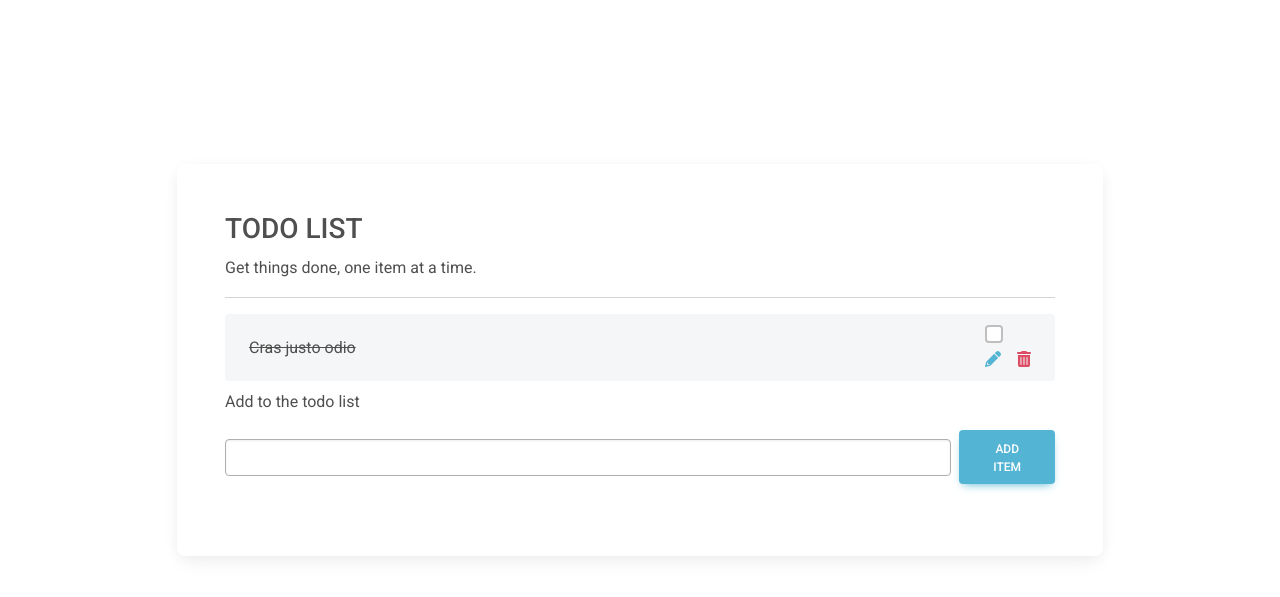
Repository: TinhTT336/MD02_HACKATHON01_HN_JV230620_BS_TranThiTinh_Basic
Page: /
These files come from the project's save history. The page is drawn as it stood at one moment and after the next save; the edit follows.
The browser window is 1280 px wide. The pictures show the whole page.
Some web libraries are served in a nearby version. The project was rebuilt for these pictures with package versions that can differ from the ones it lists, and the page was loaded fresh each time. Also part of the build but not shown: vite.config.js, src/App.css, src/index.css.

Above is the page before, as saved 2023-09-05 10:36:16.

After the next save:
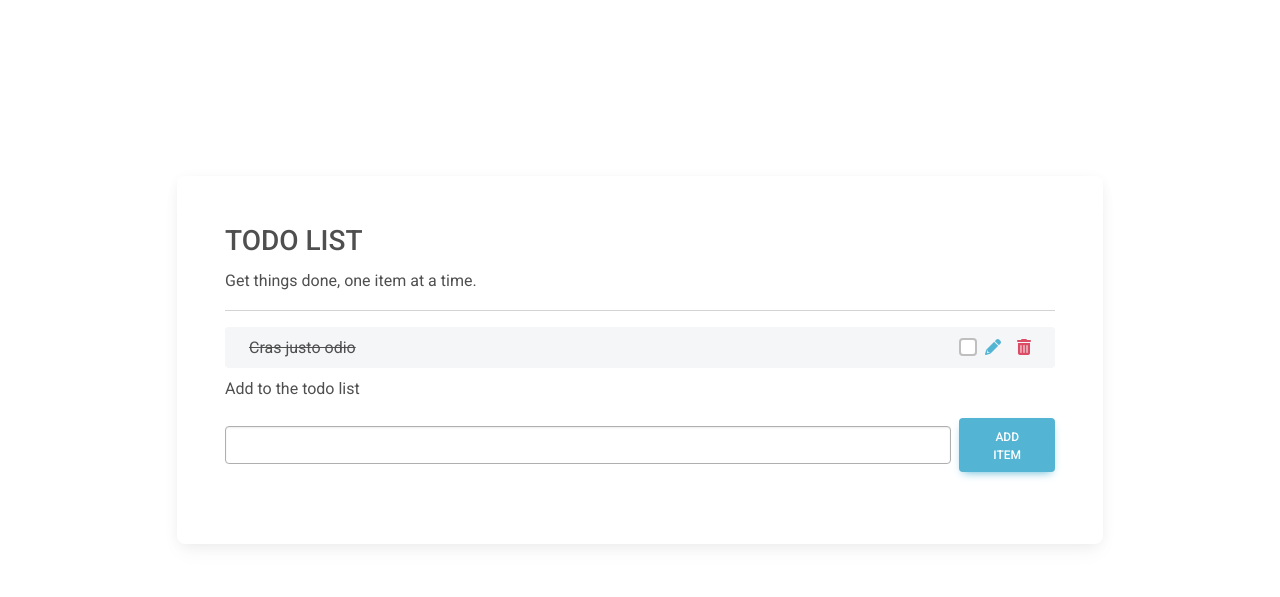
Saved 11 s later.
--- a/src/TodoList/todoList.jsx
+++ b/src/TodoList/todoList.jsx
@@ -48,13 +48,11 @@ export default function TodoList() {
 
                                                     <s>Cras justo odio</s>
                                                     <div>
-                                                        <div>
-                                                            <input
-                                                                className="form-check-input
+                                                        <input
+                                                            className="form-check-input
                                                   me-2"
-                                                                type="checkbox"
-                                                            />
-                                                        </div>
+                                                            type="checkbox"
+                                                        />
                                                         <a className="text-info" title="Sửa công việc">
                                                             <i
                                                                 className="fas
